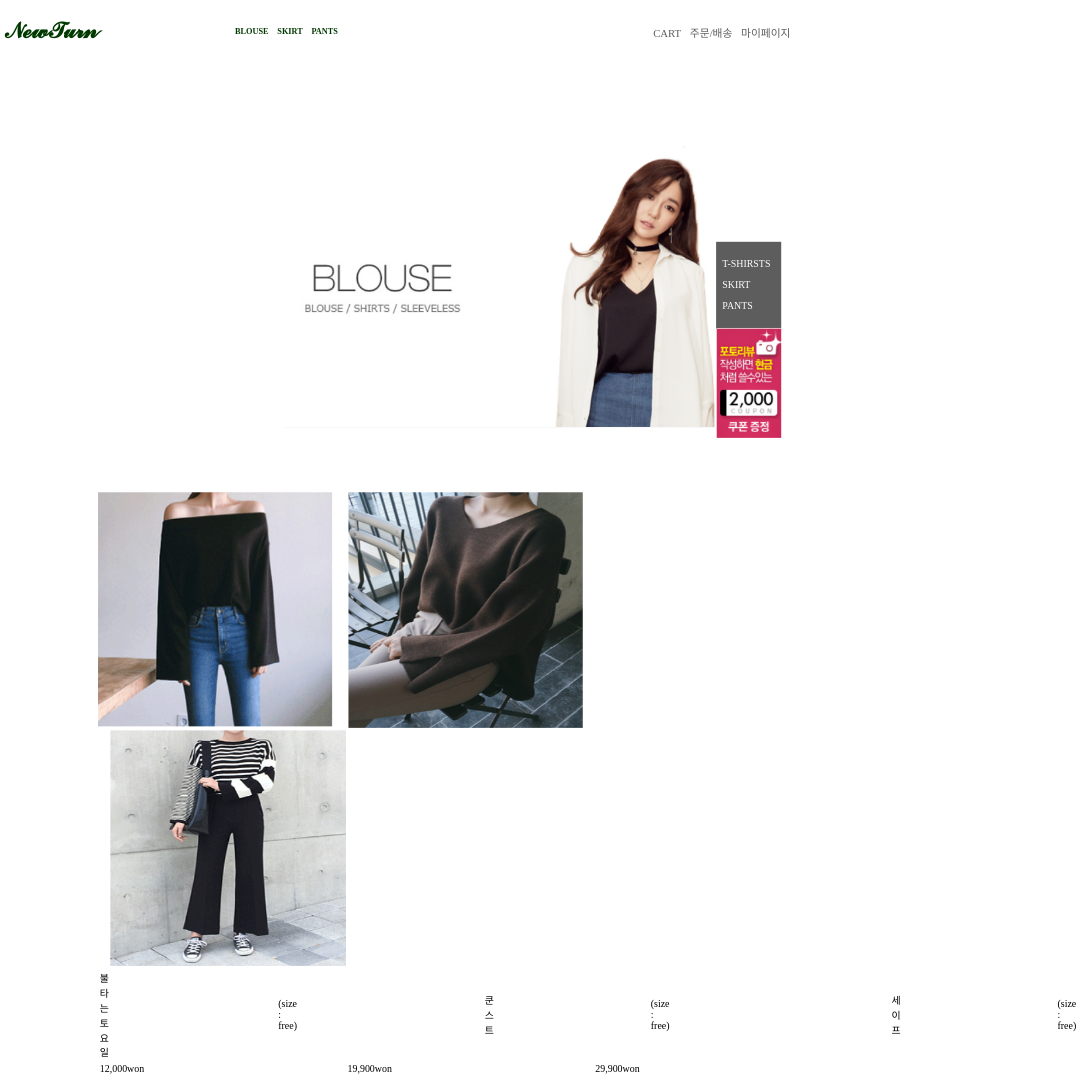
Repository: won0108/Port-Folio
Page: Creating_Homepage/Shopping/WebContent/top.html
The author's editor kept a copy of each file at every save. The page is drawn from the files as they stood at one save, then again after the next save.
The browser window is 1280 px wide. The page is 1739 px wide, then 1519 px, so the pictures cover 1739 px, including what lies to the right of the window. The pictures show the whole page, at 62% of full size.

Above is the page before, as saved 2020-12-03 08:00:25.

After the next save:
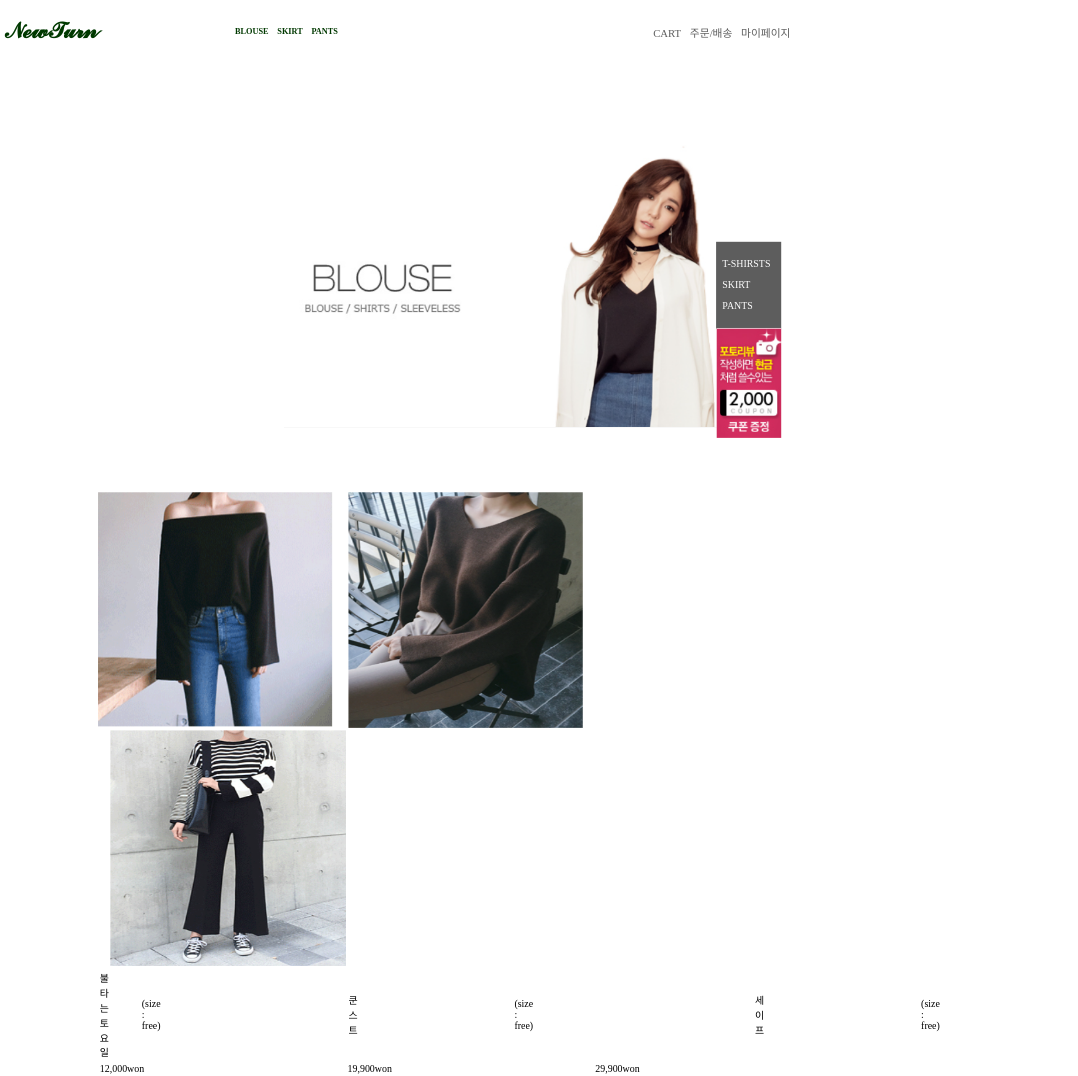
Saved 91 s later.
--- a/Creating_Homepage/Shopping/WebContent/top.html
+++ b/Creating_Homepage/Shopping/WebContent/top.html
@@ -78,7 +78,7 @@
 			<table>
 				<tr>
 					<td>불타는 토요일</td>
-					<td style="padding-left:270px;">(size : free)</td>
+					<td style="padding-left:50px;">(size : free)</td>
 					<td style="padding-left: 300px;">쿤스트</td>
 					<td style="padding-left:250px;">(size : free)</td>
 					<td style="padding-left: 355px;">세이프</td>
